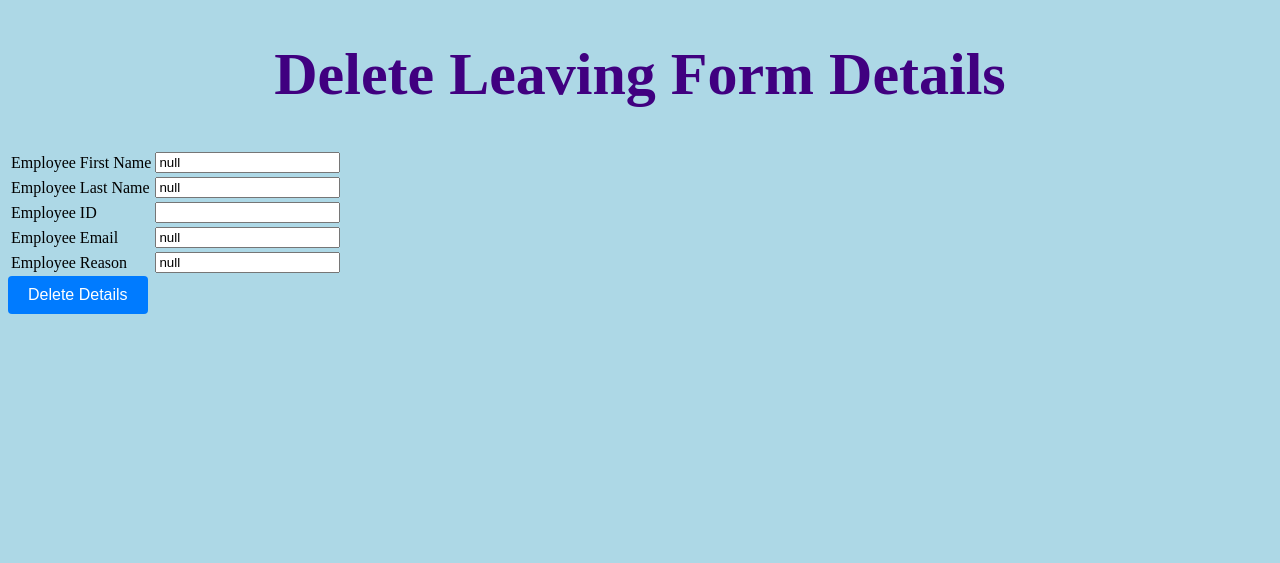
Repository: nishadi-s/Online-Staff-Management-System
Page: http://localhost/LeavingEmp/deleteEmp.jsp
The author's editor kept a copy of each file at every save. The page is drawn from the files as they stood at one save, then again after the next save.
The browser window is 1280 px wide. The pictures show the whole page.
The page is served by Tomcat 9. Other server files are loaded and not shown.

Above is the page before, as saved 2023-10-24 12:39:22.

### LeavingEmp/src/main/webapp/deleteEmp.jsp
<%@ page language="java" contentType="text/html; charset=ISO-8859-1"
    pageEncoding="ISO-8859-1"%>
<!DOCTYPE html>
<html>
<head>
<meta charset="ISO-8859-1">
<title>Delete Details</title>
<link rel="stylesheet" href="deleteEmp.css">
</head>
<body>

<%
String f_name=request.getParameter("fname");
String l_name=request.getParameter("lname");
String u_id=request.getParameter("id");
String e_email=request.getParameter("eemail");
String e_reason=request.getParameter("ereason");
%>

<div class="header">
<h1>  Delete Leaving Form Details</h1>
</div>

<form action="delete" method= "post">
<table>
<tr>
<td>Employee First Name</td>
<td> <input type="text" class="form-label"class="form-control" name="fname" value="<%= f_name %>"readonly> </td>
</tr>

<tr>
<td>Employee Last Name</td>
<td> <input type="text" class="form-label"class="form-control" name="lname" value="<%= l_name %>"readonly> </td>
</tr>

<tr>
<td>Employee ID </td>
<td><input type="number" class="form-label" class="form-control"  name="id" value="<%= u_id %>"readonly></td>
 </tr>

 <tr>
<td>Employee Email </td>
<td><input type="email"  class="form-label" class="form-control" name="eemail" value="<%= e_email %>"readonly> </td>
</tr>

<tr>
<td>Employee Reason</td>
<td> <input type="text" class="form-label" class="form-control" name="ereason" value="<%= e_reason %>"readonly> </td>
</tr>
</table>
<input type="submit" class="btn-primary"  name="submit" value="Delete Details"> <br>

</form>

</body>
</html>

### LeavingEmp/src/main/webapp/deleteEmp.css
@charset "ISO-8859-1";


.form-container{
    max-width: 700px;
    margin: 0 auto;
    padding: 30px;
    background-color:#5F9EA0;
    border-radius: 10px;
  }

.header {
  padding: 0px;
  text-align: center;
  color: rgb(64, 0, 128);
  font-size: 30px;
}


  body {
  background-color: lightblue;
}


  /* Style submit button */
  .btn-primary {
    background-color: #007bff;
    color: #fff;
    padding: 10px 20px;
    border: none;
    border-radius: 4px;
    cursor: pointer;
    font-size: 16px;
  }

  .btn-primary:hover {
    background-color: #0056b3;
  }

After the next save:
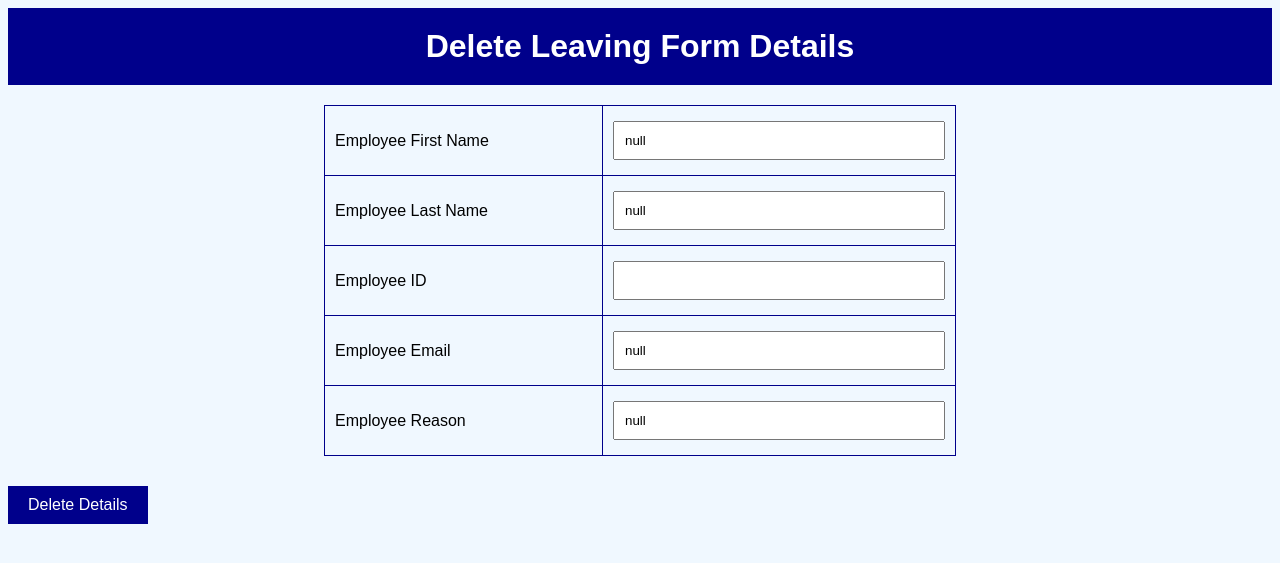
Saved 24 h 6 min later.
--- a/LeavingEmp/src/main/webapp/deleteEmp.css
+++ b/LeavingEmp/src/main/webapp/deleteEmp.css
@@ -1,38 +1,61 @@
 @charset "ISO-8859-1";
 
-
-.form-container{
-    max-width: 700px;
-    margin: 0 auto;
-    padding: 30px;
-    background-color:#5F9EA0;
-    border-radius: 10px;
-  }
+/* Add this CSS to your deleteEmp.css file */
+body {
+    font-family: Arial, sans-serif;
+    background-color: #f0f8ff; /* Light Blue background */
+}
 
 .header {
-  padding: 0px;
-  text-align: center;
-  color: rgb(64, 0, 128);
-  font-size: 30px;
+    text-align: center;
+    background-color: #00008b; /* Dark Blue Header */
+    color: #ffffff;
+    padding: 20px;
 }
 
-
-  body {
-  background-color: lightblue;
+h1 {
+    margin: 0;
 }
 
+table {
+    margin: 20px auto;
+    border-collapse: collapse;
+    width: 50%;
+}
 
-  /* Style submit button */
-  .btn-primary {
-    background-color: #007bff;
-    color: #fff;
+table, th, td {
+    border: 1px solid #00008b;
+}
+
+th, td {
+    padding: 10px;
+    text-align: left;
+}
+
+th {
+    background-color: #00008b;
+    color: white;
+}
+
+input[type="text"],
+input[type="number"],
+input[type="email"] {
+    width: 100%;
+    padding: 10px;
+    margin: 5px 0;
+    box-sizing: border-box;
+}
+
+input[type="submit"] {
+    background-color: #00008b;
+    color: #ffffff;
     padding: 10px 20px;
     border: none;
-    border-radius: 4px;
     cursor: pointer;
     font-size: 16px;
-  }
+    margin-top: 10px;
+}
 
-  .btn-primary:hover {
-    background-color: #0056b3;
-  }
+input[type="submit"]:hover {
+    background-color: #0000cd; /* Darker Blue on hover */
+}
